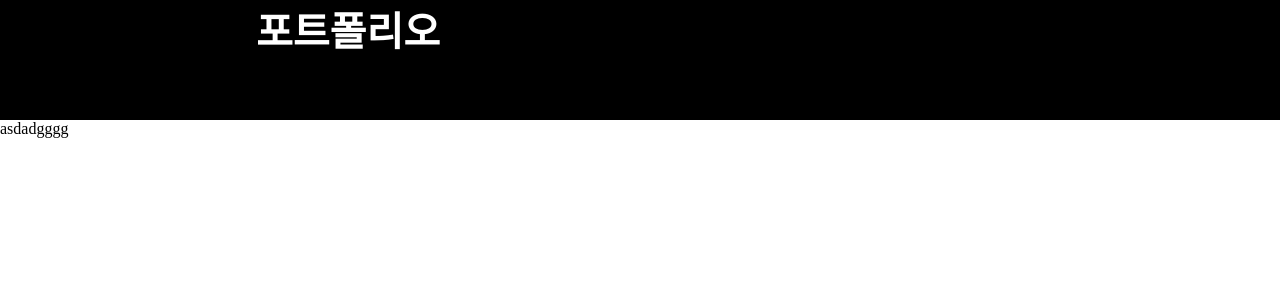
Repository: ItChoi/CSS-Study
Page: Css/WebContent/html/boostcourse/project-A1/portfolio.html
An editor plug-in stored every save of this project. The page is shown before and after the next save, followed by the edit.
The browser window is 1280 px wide. The pictures show the whole page.

Above is the page before, as saved 2019-06-17 12:35:36.

### Css/WebContent/html/boostcourse/project-A1/portfolio.html
<!DOCTYPE html>
<html>
<head>
	<link href="../../../css/boostcourse/project-A1/portfolio.css" rel="stylesheet" type="text/css">

</head>
<body>
	<div class="wrap">

		<div class="header">

		</div>

		<div class="content">

			<div class="con_header">
				<p class="title">포트폴리오</p>
			</div>

			<div class="con_content">


			</div>

		</div>

		<div class="footer">
		asdadgggg
		</div>


	</div>

</body>
</html>

### Css/WebContent/css/boostcourse/project-A1/portfolio.css
html, body, .wrap {
	margin: 0px;
	padding: 0px;
}

.header {
	width: 100%;
	height: 120px;
	background: #000;

	position: relative;

}

.content {
	position: absolute;
	top: 0;
	left: 20%;
	right: 20%;
}

.con_header {
	width: 1000px;
	height: 120px;
}


.title {
	margin: 0px auto;
	color: #fff;
	font-size: 40px;
	font-weight: bold;
}

After the next save:
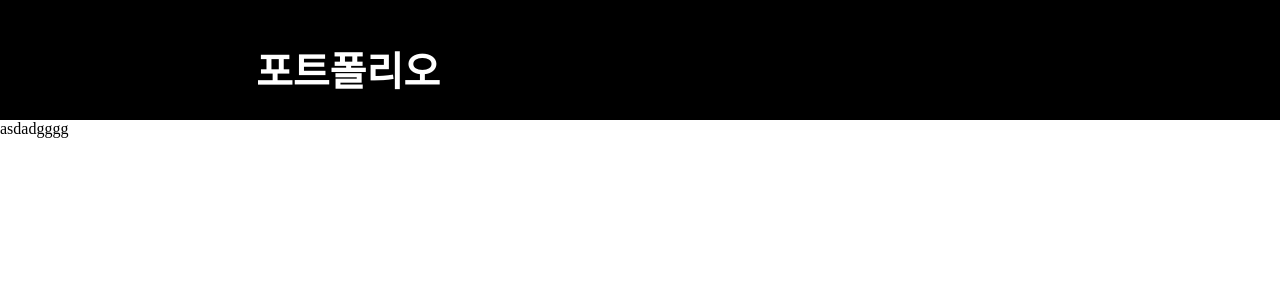
Saved 49 s later.
--- a/Css/WebContent/css/boostcourse/project-A1/portfolio.css
+++ b/Css/WebContent/css/boostcourse/project-A1/portfolio.css
@@ -26,7 +26,6 @@
 
 
 .title {
-	margin: 0px auto;
 	color: #fff;
 	font-size: 40px;
 	font-weight: bold;

After the save that followed:
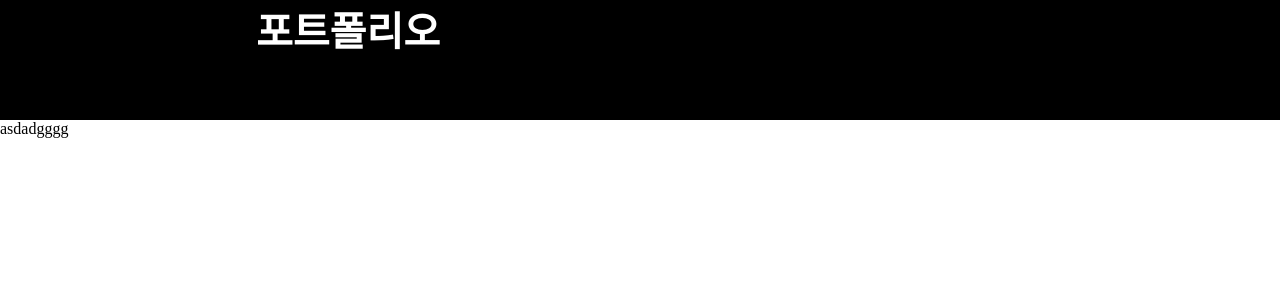
Saved 75 s later.
--- a/Css/WebContent/css/boostcourse/project-A1/portfolio.css
+++ b/Css/WebContent/css/boostcourse/project-A1/portfolio.css
@@ -26,6 +26,7 @@
 
 
 .title {
+	margin: 0px auto;
 	color: #fff;
 	font-size: 40px;
 	font-weight: bold;
